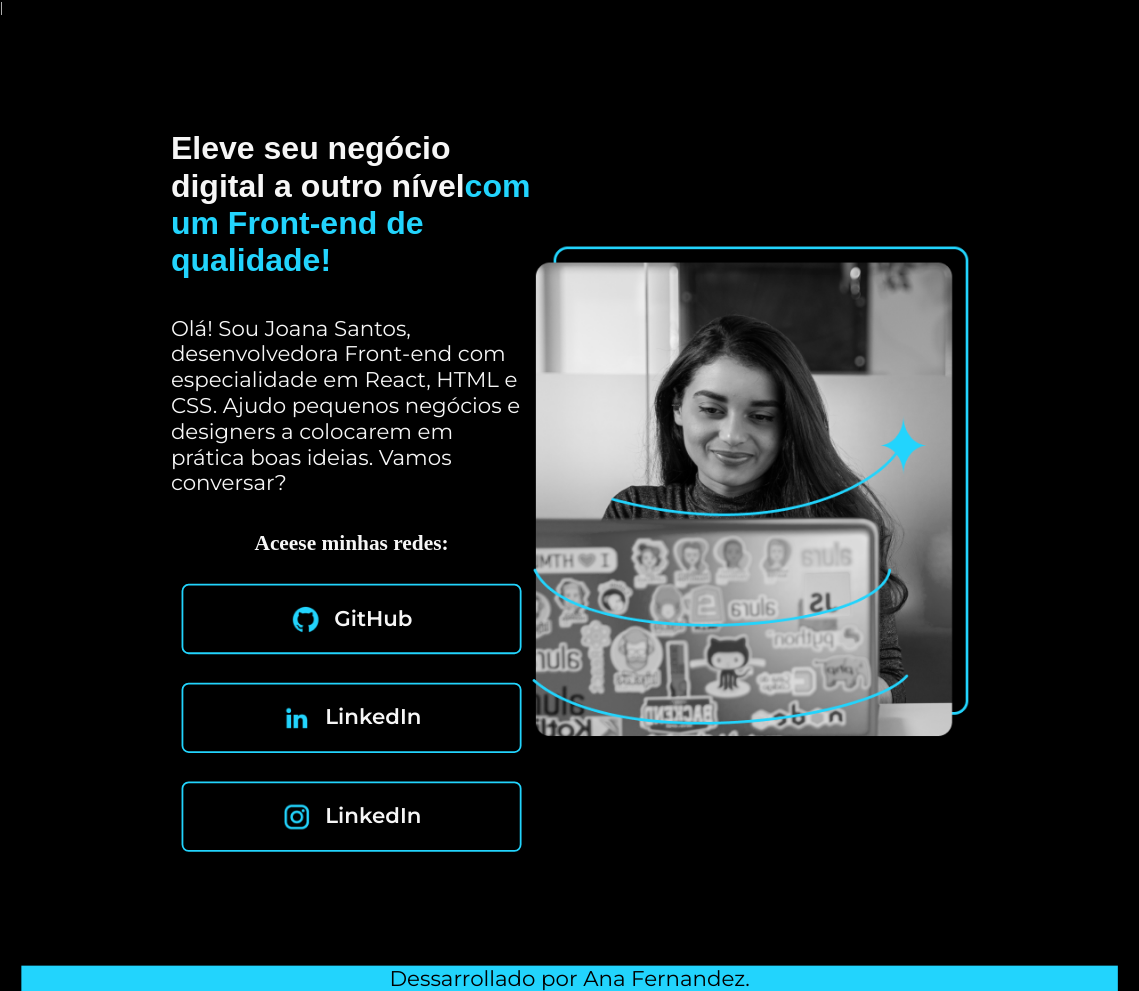
Repository: AnaFzCz/Portifolio-HTML-CSS-dinamico
Page: index.html
The author's editor kept a copy of each file at every save. The page is drawn from the files as they stood at one save, then again after the next save.
The browser window is 1280 px wide. The pictures show the whole page, at 89% of full size.
Some web fonts or font styles are not loaded; a fallback is used.

Above is the page before, as saved 2025-02-09 07:02:38.

### index.html
|
<!DOCTYPE html>
<html lang="pt-br">

<head>
    <meta charset="UTF-8">
    <meta http-equiv="X-UA-Compatible" content="IE=edge">
    <meta name="viewport" content="width=device-width, initial-scale=1.0">
    <title>Portifolio</title>
    <link rel="stylesheet" href="style.css">
</head>

<body>
    <header></header>
    <main class="apresentacao">
        <section class="apresentacao__conteudo">
            <h1 class="apresentacao__conteudo__titulo">Eleve seu negócio digital a outro nível<strong
                    class="titulo-destaque">com um Front-end de qualidade!
                </strong></h1>
            <p class="apresentacao__conteudo__texto">Olá! Sou Joana Santos, desenvolvedora
                Front-end com especialidade em React, HTML e
                CSS. Ajudo pequenos negócios e designers a
                colocarem em prática boas ideias. Vamos
                conversar?</p>
            <div class="apresentacao__links">
                <h2 class="apresentacao__links_subtitulo">Aceese minhas redes:</h2>
                <a class="apresentacao__links__link" href="https://github.com/AnaFzCz">
                    <img src="/assets/github.png">
                    GitHub</a>
                <a class="apresentacao__links__link" href="https://linkdIn.com/in/ana-fernandez-cruz-238787124">
                    <img src="/assets/linkedin.png">
                    LinkedIn</a>
                <a class="apresentacao__links__link" href="https://instagram.com/anafzcz">
                    <img src="/assets/instagram.png">
                    LinkedIn</a>

            </div>

        </section>
        <img src="/assets/Imagem.png" alt="Foto da Joana Santos programando">
    </main>
    <footer class="rodape">
        <p>
            Dessarrollado por Ana Fernandez.
        </p>
    </footer>
</body>

</html>

### style.css
@import url('https://fonts.googleapis.com/css2?family=Krona+One&family=Montserrat:wght@400;600&display=swap');

* {
    margin: 0;
    padding: 0;
}

body {
    height: 100vh;
    box-sizing: border-box;
    background-color: #000000;
    color: #F6F6F6;
}

.titulo-destaque {
    color: #22D4FD;
}

.apresentacao {
    margin: 10% 15%;
    display: flex;
    align-items: center;
    justify-content: space-between;
}

.apresentacao__conteudo {
    width: 615px;
    display: flex;
    flex-direction: column;
    gap: 40px;
}

.apresentacao__conteudo__titulo {
    font-size: 36px;
    font-family: 'Krona One', sans-serif;
}

.apresentacao__conteudo__texto {
    font-size: 24px;
    font-family: 'Montserrat', sans-serif;
}

.apresentacao__links {
    display: flex;
    flex-direction: column;
    justify-content: space-between;
    align-items: center;
    gap: 32px;
}

.apresentacao__links__subtitulo {
    font-family: 'Krona One', sans-serif;
    font-weight: 400;
    font-size: 24px;
}

.apresentacao__links__link {
    /* background-color: #22D4FD; */
    display: flex;
    justify-content: center;
    gap: 16px;
    border: 2px solid #22D4FD;
    width: 378px;
    text-align: center;
    border-radius: 8px;
    font-size: 24px;
    font-weight: 600;
    padding: 21.5px 0;
    text-decoration: none;
    color: #F6F6F6;
    font-family: 'Montserrat', sans-serif;
}

.apresentacao__links__link:hover {
    cursor: pointer;
    background-color: #272727;
    border: 2px solid #0000FF;
}

.rodape {
    margin: 24px;
    color: #000000;
    background-color: #22D4FD;
    text-align: center;
    font-family: 'Montserrat', sans-serif;
    font-size: 24px;
}

After the next save:
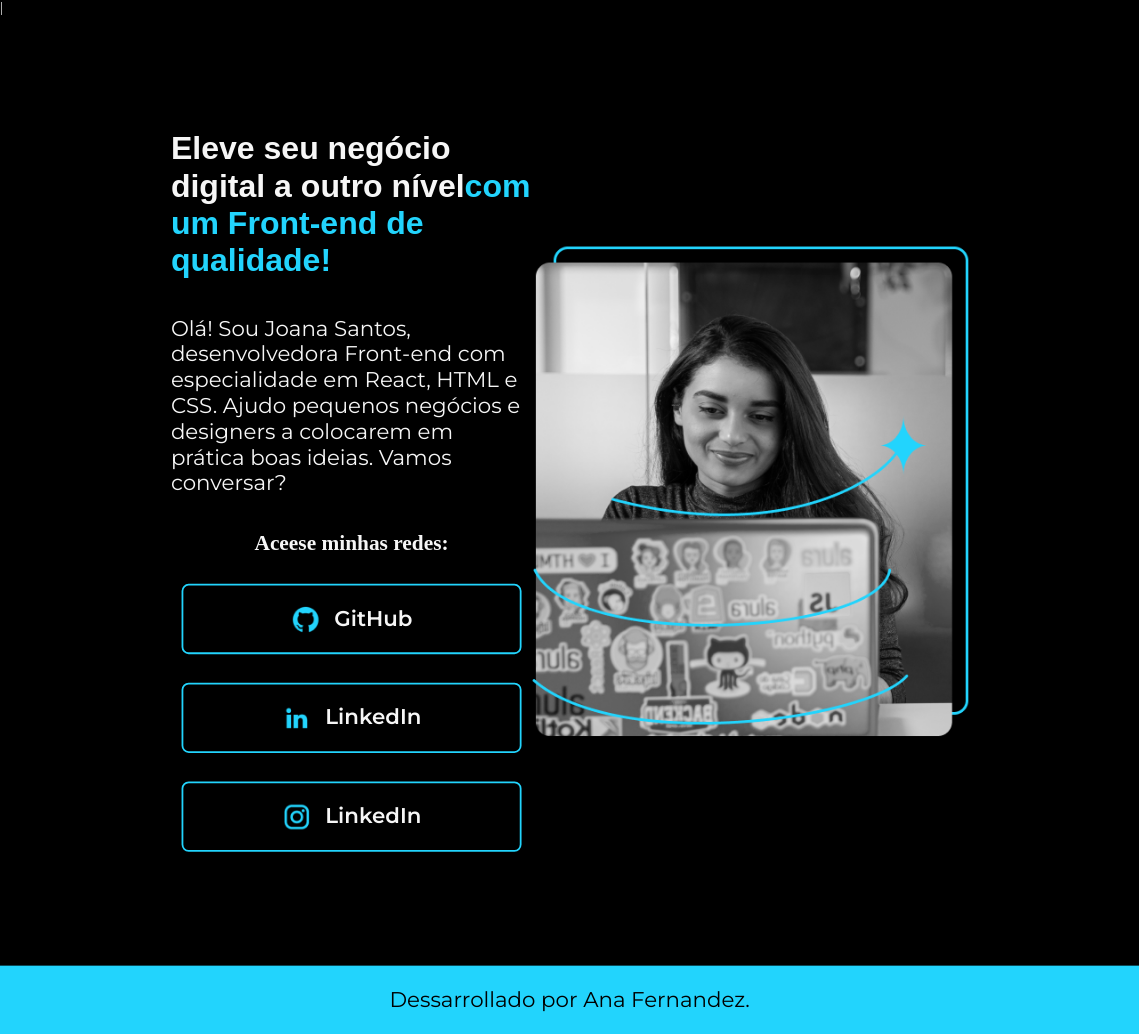
Saved 37 s later.
--- a/style.css
+++ b/style.css
@@ -78,7 +78,7 @@
 }
 
 .rodape {
-    margin: 24px;
+    padding: 24px;
     color: #000000;
     background-color: #22D4FD;
     text-align: center;
